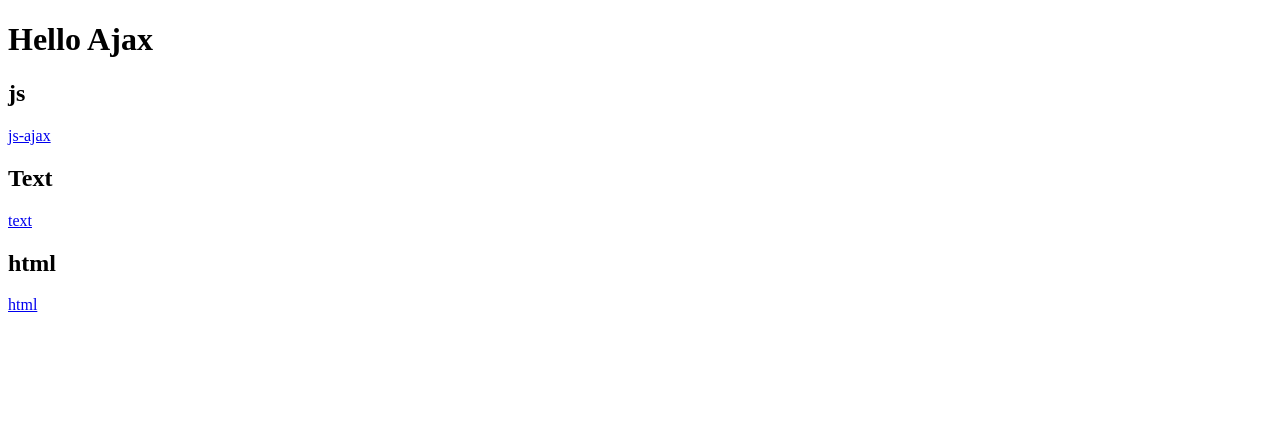
Repository: sim8191/ServletWorkspace
Page: 03_ajax/src/main/webapp/index.html
The author's editor kept a copy of each file at every save. The page is drawn from the files as they stood at one save, then again after the next save.
The browser window is 1280 px wide. The pictures show the whole page.

Above is the page before, as saved 2026-02-23 06:52:51.

### 03_ajax/src/main/webapp/index.html
<!DOCTYPE html>
<html>
<head>
<meta charset="UTF-8">
<title>ajax</title>
</head>
<body>
	<h1>Hello Ajax</h1>
	<h2>js</h2>
	<a href="/ajax/js/ajax.jsp">js-ajax</a>

	<h2>Text</h2>
	<a href="/ajax/text/text.html">text</a>

	<h2>html</h2>
	<a href="/ajax/html/html.html">html</a>










</body>
</html>

After the next save:
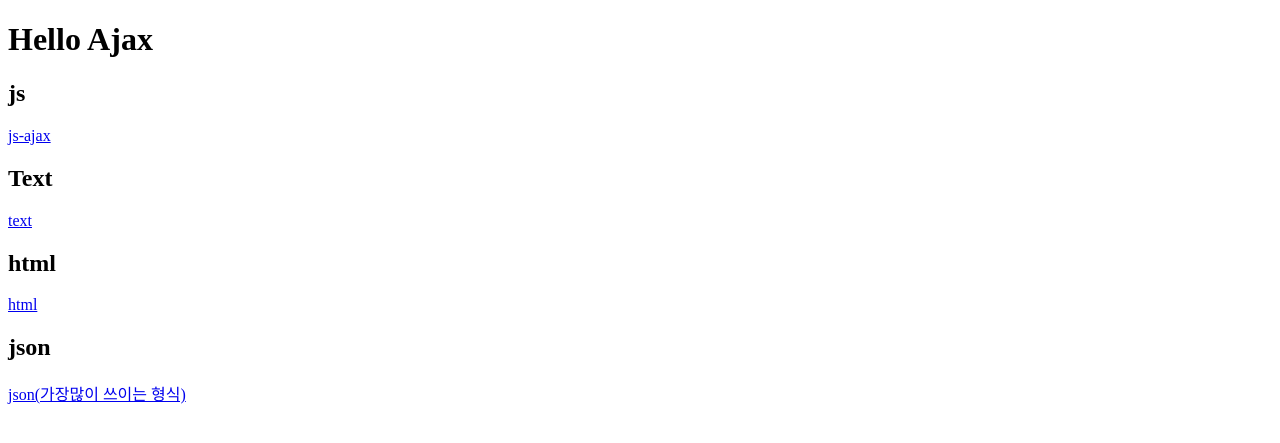
Saved 10 min 26 s later.
--- a/03_ajax/src/main/webapp/index.html
+++ b/03_ajax/src/main/webapp/index.html
@@ -15,8 +15,8 @@
 	<h2>html</h2>
 	<a href="/ajax/html/html.html">html</a>
 
-
-
+	<h2>json</h2>
+	<a href="/ajax/json.html">json(가장많이 쓰이는 형식)</a>
 
 
 
